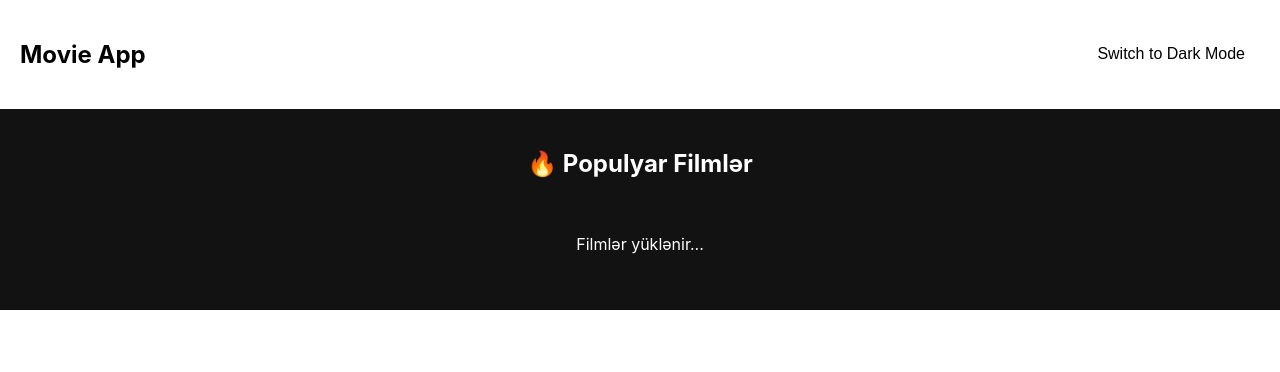
Repository: Zulfiyya077/InternIntelligence_MovieWebsite
Page: /
An editor plug-in stored every save of this project. The page is shown before and after the next save, followed by the edit.
The browser window is 1280 px wide. The pictures show the whole page.
The page's requests for data from a server got no answer. The project was rebuilt for these pictures with package versions that can differ from the ones it lists, and the page was loaded fresh each time. No one was signed in, and anything a server would have sent is missing. Also part of the build but not shown: vite.config.js, src/components/MovieCard.module.css, src/components/MovieCard.jsx, src/pages/MovieDetailsPage.module.css, src/pages/MovieDetailsPage.jsx, src/pages/SearchResultsPage.module.css, src/pages/SearchResultsPage.jsx, src/pages/About.module.css and 4 more.

Above is the page before, as saved 2025-02-24 00:50:47.

### src/App.jsx
import React from 'react';
import { BrowserRouter as Router, Routes, Route } from 'react-router-dom';
import Home from './pages/Home';
import MovieDetailsPage from './pages/MovieDetailsPage';
import SearchResultsPage from './pages/SearchResultsPage';
import About from './pages/About';
import Contact from './pages/Contact';
import Navbar from './components/Navbar';
import styles from './App.module.css';

const App = () => {
    return (
        <Router>
            <div className={styles.app}>
                <Navbar />
                <Routes>
                    <Route path="/" element={<Home />} />
                    <Route path="/movie/:id" element={<MovieDetailsPage />} />
                    <Route path="/search/:query" element={<SearchResultsPage />} />
                    <Route path="/about" element={<About />} />
                    <Route path="/contact" element={<Contact />} />
                </Routes>
            </div>
        </Router>
    );
};

export default App;

### src/pages/Home.jsx
import React, { useState, useEffect } from 'react';
import { getPopularMovies } from '../services/MovieService';
import MovieCard from '../components/MovieCard';
import styles from './Home.module.css';

const Home = () => {
    const [movies, setMovies] = useState([]);

    useEffect(() => {
        const fetchMovies = async () => {
            const data = await getPopularMovies();
            setMovies(data.results);
        };

        fetchMovies();
    }, []);

    return (
        <div className={styles.home}>
            <h2>🔥 Populyar Filmlər</h2>
            <div className={styles.movieList}>
                {movies.length > 0 ? (
                    movies.map((movie) => <MovieCard key={movie.id} movie={movie} />)
                ) : (
                    <p>Filmlər yüklənir...</p>
                )}
            </div>
        </div>
    );
};

export default Home;

### src/components/Navbar.jsx
// src/components/Navbar.jsx
import React from 'react';
import styles from './Navbar.module.css';

const Navbar = ({ darkMode, setDarkMode }) => {
    const toggleTheme = () => {
        setDarkMode(prevMode => !prevMode);
    };

    return (
        <nav className={styles.navbar}>
            <h1>Movie App</h1>
            <button onClick={toggleTheme} className={styles.themeButton}>
                {darkMode ? 'Switch to Light Mode' : 'Switch to Dark Mode'}
            </button>
        </nav>
    );
};

export default Navbar;

### src/services/MovieService.jsx
import axios from 'axios';

const API_KEY = '347d82ea465848c0e545ed15f4366554'; // Buraya TMDB API açarını əlavə et
const BASE_URL = 'https://api.themoviedb.org/3';

// Axios instance yaradılır
const api = axios.create({
    baseURL: BASE_URL,
    params: {
        api_key: API_KEY,
        language: 'en-US',
    },
});

// Populyar filmləri gətirən funksiya
export const getPopularMovies = async () => {
    try {
        const response = await api.get('/movie/popular');
        return response.data;
    } catch (error) {
        console.error('Populyar filmlər yüklənərkən xəta baş verdi:', error);
        return { results: [] };
    }
};

// Axtarış funksiyası
export const searchMovies = async (query) => {
    try {
        const response = await api.get('/search/movie', {
            params: { query },
        });
        return response.data;
    } catch (error) {
        console.error('Film axtarışı zamanı xəta baş verdi:', error);
        return { results: [] };
    }
};

// Film detallarını gətirən funksiya
export const getMovieDetails = async (movieId) => {
    try {
        const response = await api.get(`/movie/${movieId}`);
        return response.data;
    } catch (error) {
        console.error('Film detalları yüklənərkən xəta baş verdi:', error);
        return null;
    }
};

### src/pages/Home.module.css
.home {
    padding: 20px;
    text-align: center;
    background-color: #121212;
    color: white;
}

.movieList {
    display: grid;
    grid-template-columns: repeat(auto-fit, minmax(200px, 1fr));
    gap: 20px;
    padding: 20px;
    justify-items: center;
}

### src/components/Navbar.module.css
/* src/components/Navbar.module.css */
.navbar {
    display: flex;
    justify-content: space-between;
    align-items: center;
    padding: 20px;
    background-color: var(--navbar-background);
    color: var(--navbar-color);
}

.themeButton {
    padding: 10px 15px;
    background-color: var(--button-background);
    border: none;
    color: var(--button-color);
    cursor: pointer;
    border-radius: 5px;
    font-size: 1rem;
}

.themeButton:hover {
    background-color: var(--button-hover-background);
}

### src/components/SearchBar.jsx
import React, { useState } from 'react';
import { useNavigate } from 'react-router-dom';
import styles from './SearchBar.module.css';

const SearchBar = () => {
    const [query, setQuery] = useState('');
    const navigate = useNavigate();

    const handleSearch = (e) => {
        e.preventDefault();
        if (query.trim()) {
            navigate(`/search/${query}`);
            setQuery('');
        }
    };

    return (
        <form onSubmit={handleSearch} className={styles.searchBar}>
            <input
                type="text"
                placeholder="Film axtarın..."
                value={query}
                onChange={(e) => setQuery(e.target.value)}
            />
            <button type="submit">🔍</button>
        </form>
    );
};

export default SearchBar;

### src/components/SearchBar.module.css
.searchBar {
    display: flex;
    align-items: center;
    background-color: white;
    border-radius: 20px;
    overflow: hidden;
}

.searchBar input {
    border: none;
    padding: 10px;
    outline: none;
    font-size: 1rem;
}

.searchBar button {
    background-color: #ffcc00;
    border: none;
    padding: 10px 15px;
    cursor: pointer;
    font-size: 1rem;
}

.searchBar button:hover {
    background-color: #e6b800;
}

Loaded but not shown: index.html (common file); src/main.jsx (common file); src/index.css (common file)

After the next save:
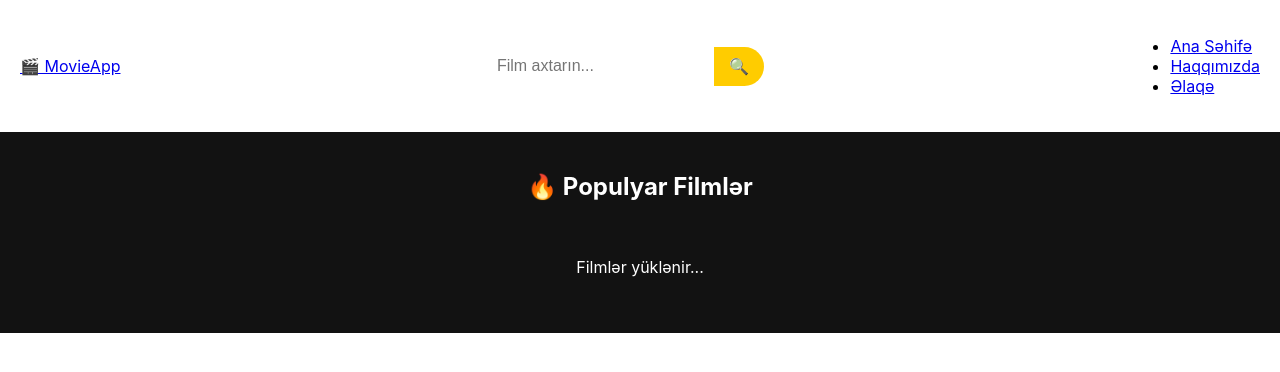
Saved 11 s later.
--- a/src/components/Navbar.jsx
+++ b/src/components/Navbar.jsx
@@ -1,18 +1,20 @@
-// src/components/Navbar.jsx
 import React from 'react';
+import { Link } from 'react-router-dom';
+import SearchBar from './SearchBar';
 import styles from './Navbar.module.css';
 
-const Navbar = ({ darkMode, setDarkMode }) => {
-    const toggleTheme = () => {
-        setDarkMode(prevMode => !prevMode);
-    };
-
+const Navbar = () => {
     return (
         <nav className={styles.navbar}>
-            <h1>Movie App</h1>
-            <button onClick={toggleTheme} className={styles.themeButton}>
-                {darkMode ? 'Switch to Light Mode' : 'Switch to Dark Mode'}
-            </button>
+            <div className={styles.logo}>
+                <Link to="/">🎬 MovieApp</Link>
+            </div>
+            <SearchBar />
+            <ul className={styles.navLinks}>
+                <li><Link to="/">Ana Səhifə</Link></li>
+                <li><Link to="/about">Haqqımızda</Link></li>
+                <li><Link to="/contact">Əlaqə</Link></li>
+            </ul>
         </nav>
     );
 };
